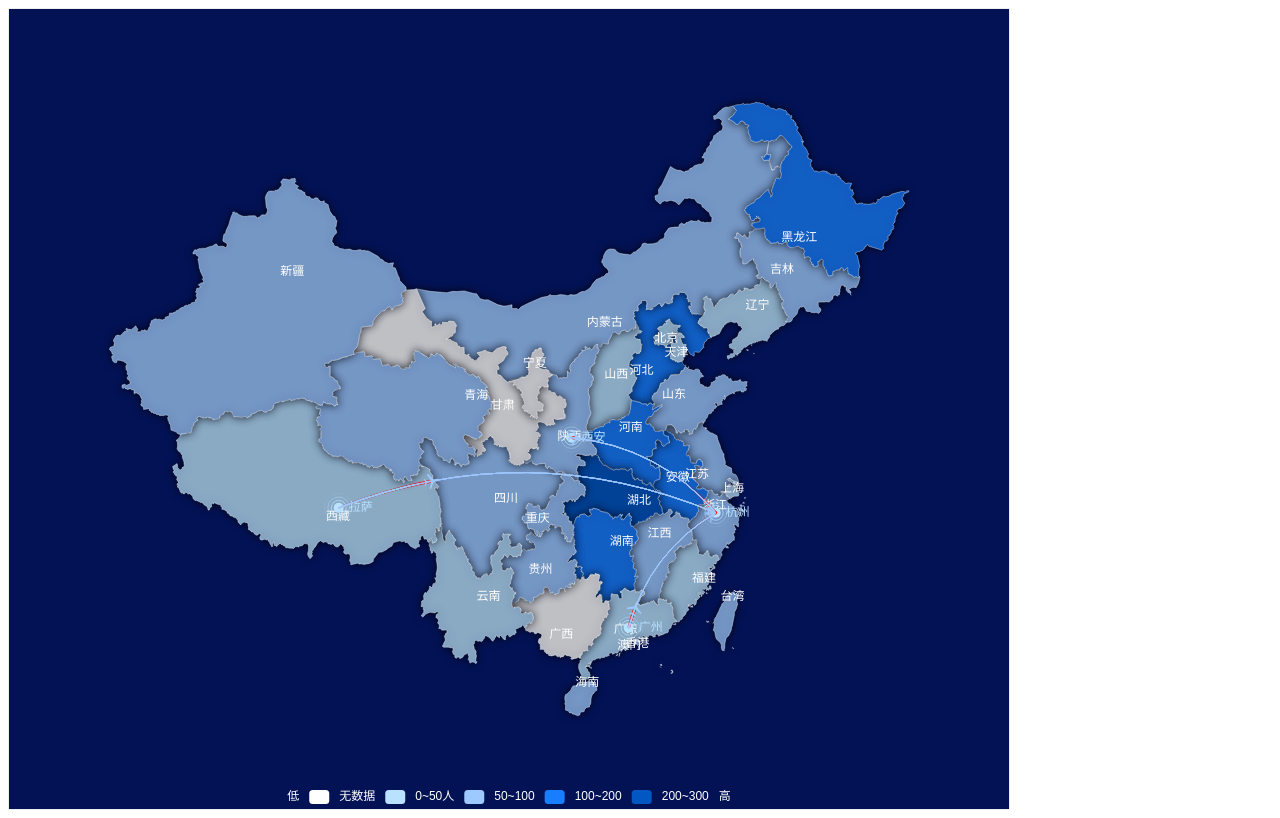
Repository: 572031690/echartssimple
Page: 21.地图常见效果_地图和散点图结合.html
The author's editor kept a copy of each file at every save. The page is drawn from the files as they stood at one save, then again after the next save.
The browser window is 1280 px wide. The pictures show the whole page.

Above is the page before, as saved 2021-08-11 17:51:14.

### 21.地图常见效果_地图和散点图结合.html
<!DOCTYPE html>
<html lang="en">

<head>
  <meta charset="UTF-8">
  <meta name="viewport" content="width=device-width, initial-scale=1.0">
  <meta http-equiv="X-UA-Compatible" content="ie=edge">
  <title>Document</title>
  <script src="lib/echarts.min.js"></script>
  <script src="lib/jquery.min.js"></script>
</head>

<body>
  <div style="width: 1000px;height:800px;background-color:#031255;border: 1px solid #eee;"></div>

  <script>
    //1. 给series下增加一个新的对象
    //2. 准备数据散点数据  , 配置给series下的另外一个对象
    //3. 配置series下的新对象的type值为effectScatter
    //4. 指明散点图的坐标系统为geo
    //5. 调整涟漪动画效果
    var airData = [
      { name: '北京', value: 39.92,count: 35 },
      { name: '天津', value: 39.13,count: 35 },
      { name: '上海', value: 31.22,count: 35 },
      { name: '重庆', value: 66,count: 35 },
      { name: '河北', value: 147,count: 35 },
      { name: '河南', value: 113,count: 35 },
      { name: '云南', value: 25.04,count: 35 },
      { name: '辽宁', value: 50,count: 35 },
      { name: '黑龙江', value: 114,count: 35 },
      { name: '湖南', value: 175,count: 35 },
      { name: '安徽', value: 117,count: 35 },
      { name: '山东', value: 92,count: 35 },
      { name: '新疆', value: 84,count: 35 },
      { name: '江苏', value: 67,count: 35 },
      { name: '浙江', value: 84,count: 35 },
      { name: '江西', value: 96,count: 35 },
      { name: '湖北', value: 273,count: 35 },
      { name: '广西', value: 0,count: 35 },
      { name: '甘肃', value: 0,count: 35 },
      { name: '山西', value: 39,count: 35 },
      { name: '内蒙古', value: 58,count: 35 },
      { name: '陕西', value: 61,count: 35 },
      { name: '吉林', value: 51,count: 35 },
      { name: '福建', value: 29,count: 35 },
      { name: '贵州', value: 71,count: 35 },
      { name: '广东', value: 38,count: 35 },
      { name: '青海', value: 57,count: 35 },
      { name: '西藏', value: 24 ,count: 35},
      { name: '四川', value: 58,count: 35 },
      { name: '宁夏', value: 0 ,count: 35},
      { name: '海南', value: 54,count: 35 },
      { name: '台湾', value: 88,count: 35 },
      { name: '香港', value: 66,count: 35 },
      { name: '澳门', value: 77,count: 35 },
      { name: '南海诸岛', value: 55 ,count: 35}
    ]
    var scatterData = [
      {
        value: [120.213042, 29.86119]
      }
    ]
    var labelFormatter = [
      {name: '杭州', matter: '公司总部：杭州钢材科技公司'},
      {name: '拉萨', matter: '钢材公司1'},
      {name: '广州', matter: '钢材公司2'},
      {name: '西安', matter: '钢材公司3'}

    ]

    var lineSc = [
      {coords:[[91.1865, 30.1465],[120.213042, 29.86119]],fromName:"拉萨",toName:"杭州",value:100},
      {coords:[[113.5107, 23.2196],[120.213042, 29.86119]],fromName:"广州",toName:"杭州",value:100},
      {coords:[[109.1162, 34.2004],[120.213042, 29.86119]],fromName:"西安",toName:"杭州",value:100}
    ]
    var planePath =
                "path://M1705.06,1318.313v-89.254l-319.9-221.799l0.073-208.063c0.521-84.662-26.629-121.796-63.961-121.491c-37.332-0.305-64.482,36.829-63.961,121.491l0.073,208.063l-319.9,221.799v89.254l330.343-157.288l12.238,241.308l-134.449,92.931l0.531,42.034l175.125-42.917l175.125,42.917l0.531-42.034l-134.449-92.931l12.238-241.308L1705.06,1318.313z";
    var mCharts = echarts.init(document.querySelector("div"))
    $.get('json/map/china.json', function (ret) {
      // ret 就是中国的各个省份的矢量地图数据
      console.log(ret)
      echarts.registerMap('chinaMap', ret)
      var option = {
        tooltip: {//鼠标一上去的信息框
          trigger: 'item'
        },
        geo: {
          type: 'map',
          map: 'chinaMap', // chinaMap需要和registerMap中的第一个参数保持一致
          roam: true, // 设置允许缩放以及拖动的效果
          label: {
            show: true, // 展示标签
            textStyle: {
              fontSize: 12,
              textWeight:900,
              color: 'white'
            }
          },
          itemStyle: {
            normal: {
              areaColor: '#416cbb',//地图区域的颜色。
              borderColor: '#fff',//图形的描边颜色。支持的颜色格式同 color，不支持回调函数。
              shadowColor: 'black',//阴影颜色。#41587f
              shadowBlur: 8,//图形阴影的模糊大小。
              opacity: 0.75//图形透明度
            },
            emphasis: {
              areaColor: '#fdd145',
            }
          }
        },
        series: [
          { // 地图数据
            data: airData,
            geoIndex: 0, // 将空气质量的数据和第0个geo配置关联在一起
            type: 'map',
            tooltip: {
              textStyle: {
                fontSize:10,
              },
              // 利用formatter来自定义tooltip展示的数据
              formatter: function (params,ticket,callback) {
                if (params.value) {
                  return params.name+'<br/>成交量：' + params.value + '单<br/>' + '平均标签价格：' + airData[params.dataIndex].count + '元<br/>'
                } else {
                    callback()
                }
              }
            }
          },
          { // 动态红线
            name: " 杭州 Top3",
            type: "lines",
            zlevel: 1, // zlevel 大的 Canvas 会放在 zlevel 小的 Canvas 的上面。
            effect: {
              show: true,
              period: 4, // 动画的快慢
              trailLength: 0.7, // 红线的宽度
              color: "red", //arrow箭头的颜色
              symbolSize: 3 // 红线的宽度
            },
            lineStyle: {
              color: '#46bee9',
              width: 1,
              curveness: 0.2 // 弯曲度
            },
            data:lineSc,

          },
          { // 箭头线
            name: " 杭州 Top3",
            type: "lines",
            zlevel: 2,
            symbol: ["none", "arrow"],
            symbolSize: 10,
            effect: {
              show: true,
              period: 4,
              trailLength: 0,
              symbol: planePath,
              symbolSize: 15
            },
            lineStyle: {
              normal: {
                color: '#46bee9',
                width: 1,
                opacity: 0.6,
                curveness: 0.2
              }
            },
            data: lineSc,
            tooltip: {
              textStyle: {
                fontSize:10,
              },
              // 利用formatter来自定义tooltip展示的数据
              formatter: function (params,ticket,callback) {
                console.log(params);
                  return params.data.fromName+'采购：<br/> 木材：'+ params.data.value + '万吨'
              }
            }
          },
          { // 散点数据
            name:'杭州',
            data: [[120.213042, 29.86119],[91.1865, 30.1465],[113.5107, 23.2196],[109.1162, 34.2004]], // 配置散点的坐标数据
            type: 'effectScatter',
            coordinateSystem: 'geo', // 指明散点使用的坐标系统  geo的坐标系统
            rippleEffect: {
              scale: 3, // 设置涟漪动画的缩放比例
              brushType: "stroke"
            },
            label: {
              normal: {
                show: true,
                position: "right",
                formatter: function (params,ticket,callback) {
                  return labelFormatter[params.dataIndex].name
                }
              }
            },
            itemStyle: {
              normal: {
                color: '#46bee9'
              },
              emphasis: {
                areaColor: "#2B91B7"
              }
            },
            tooltip: {
              textStyle: {
                fontSize:10,
              },
              // 利用formatter来自定义tooltip展示的数据
              formatter: function (params,ticket,callback) {
                return labelFormatter[params.dataIndex].matter
              }

            }
          }
        ],
        visualMap: { // 渐变分层显示
          // type: 'continuous',   // 连续渐变
          type: 'piecewise',  // 分层
          min: 0,
          max: 300,
          text: ['高', '低'],//两端的文本，如 ['High', 'Low']
          showLabel:true,           //是否显示每项的文本标签
          orient:"horizontal",     //图例排列方向 水平horizontal 垂直vertical
          left:"center",
          indicatorStyle: {
            borderColor:'red',
            borderWidth: 1,
          },
          textStyle: {//设置文字颜色（Demo左下组件）
            color: 'white',
            fontSize:12
          },
          // inRange: {
          //   color: ['#B8E2FF','#9DC9FF','#6CADFF','#187EFF', '#0357C2'] // 控制颜色渐变的范围
          // },

          pieces: [
          // 自定义『分段式视觉映射组件（visualMapPiecewise）』的每一段的范围，以及每一段的文字，以及每一段的特别的样式
            { gt: 200, lte: 300, label: "200~300", color: "#0357C2" }, // (500, 900]
            { gt: 100, lte: 200, label: "100~200", color: "#187EFF" }, // (310, 500]
            { gt: 50, lte: 100, label: "50~100", color: "#9DC9FF" }, // (200, 300]
            { gt: 0, lte: 50, label: "0~50人", color: "#B8E2FF" }, // (10, 200]
            { value:0, label: "无数据", color: "#fff" } // [0]
          ],

          // calculable: true // 出现滑块
        }
      }
      mCharts.setOption(option)
    })

  </script>
</body>

</html>

Loaded but not shown: lib/echarts.min.js (library); lib/jquery.min.js (library); json/map/china.json (common file)

After the next save:
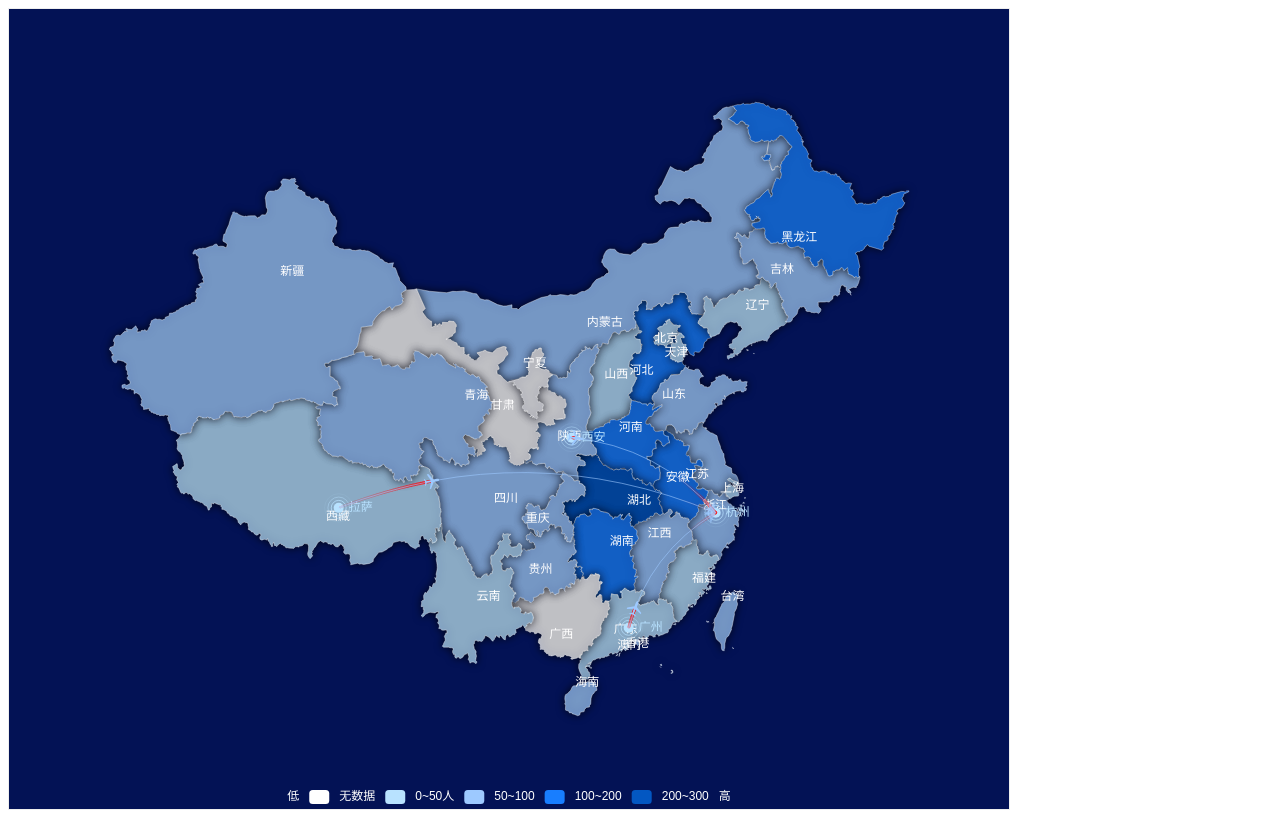
Saved 8 s later.
--- a/21.地图常见效果_地图和散点图结合.html
+++ b/21.地图常见效果_地图和散点图结合.html
@@ -142,7 +142,7 @@
             },
             lineStyle: {
               color: '#46bee9',
-              width: 1,
+              width: 0,
               curveness: 0.2 // 弯曲度
             },
             data:lineSc,
